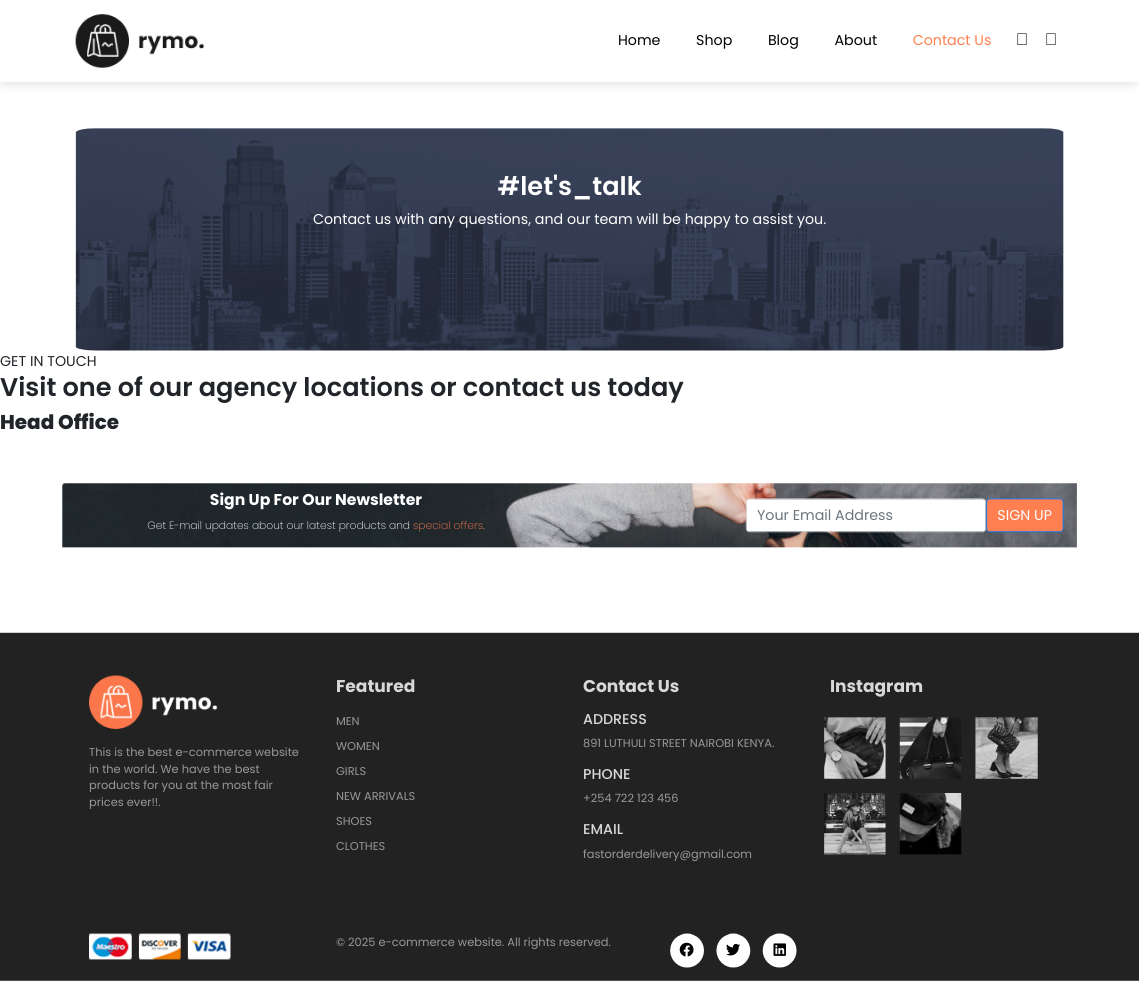
Repository: peter417waweru/e-commerce-UI
Page: contact.html
An editor plug-in stored every save of this project. The page is shown before and after the next save, followed by the edit.
The browser window is 1280 px wide. The pictures show the whole page, at 89% of full size.
Some web libraries are served in a nearby version.

Above is the page before, as saved 2025-02-09 22:26:58.
Console error: TypeError: Cannot set properties of undefined (setting 'onclick')

After the next save:
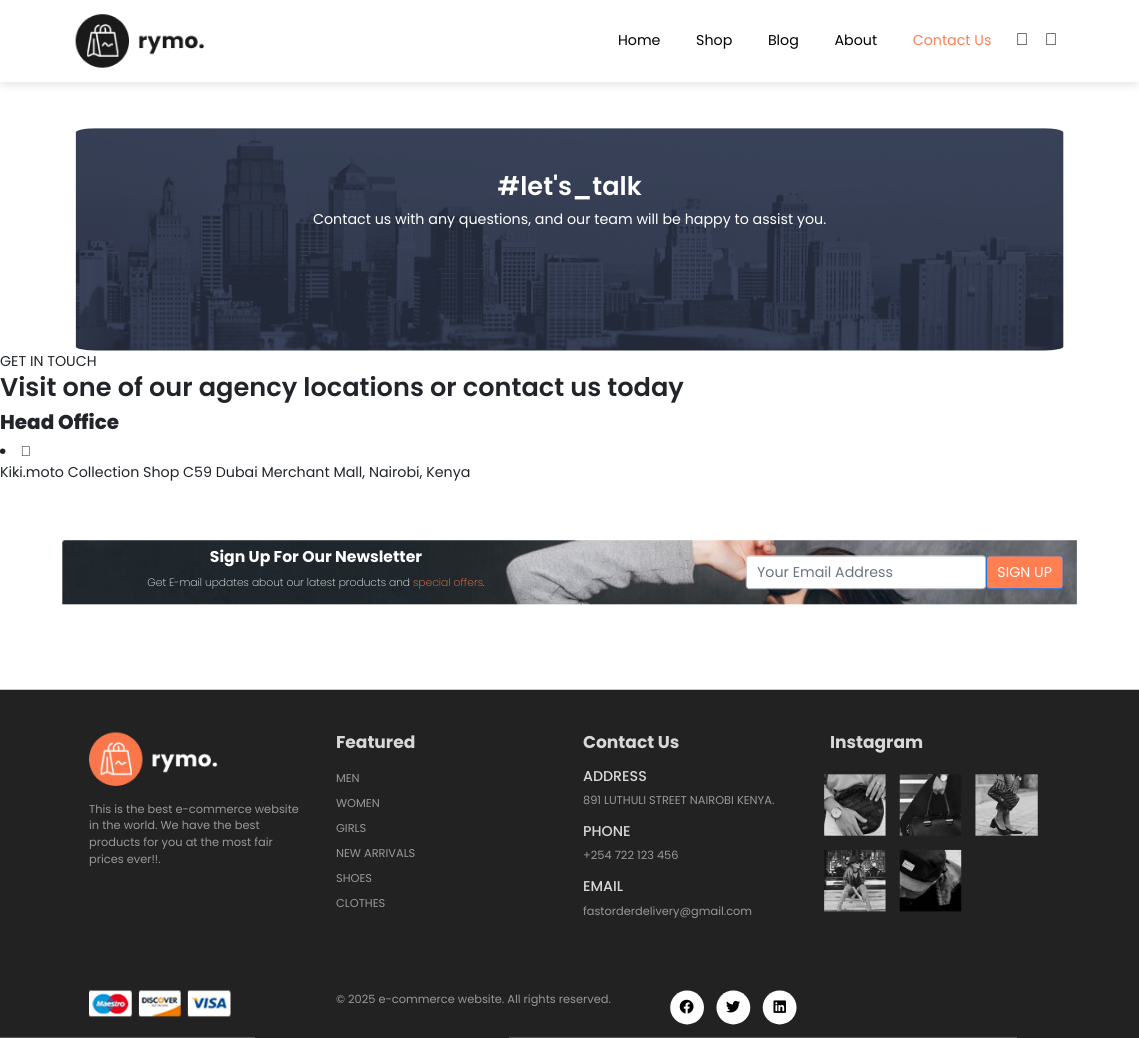
Saved 2 min 48 s later.
--- a/contact.html
+++ b/contact.html
@@ -65,6 +65,13 @@
                 <span>GET IN TOUCH</span>
                 <h2>Visit one of our agency locations or contact us today</h2>
                 <h3>Head Office</h3>
+                <div>
+                    <li>
+                        <i class="fal fa-map"></i>
+                        <p>Kiki.moto Collection Shop C59
+                            Dubai Merchant Mall, Nairobi, Kenya</p>
+                    </li>
+                </div>
             </div>
 
         </section>
